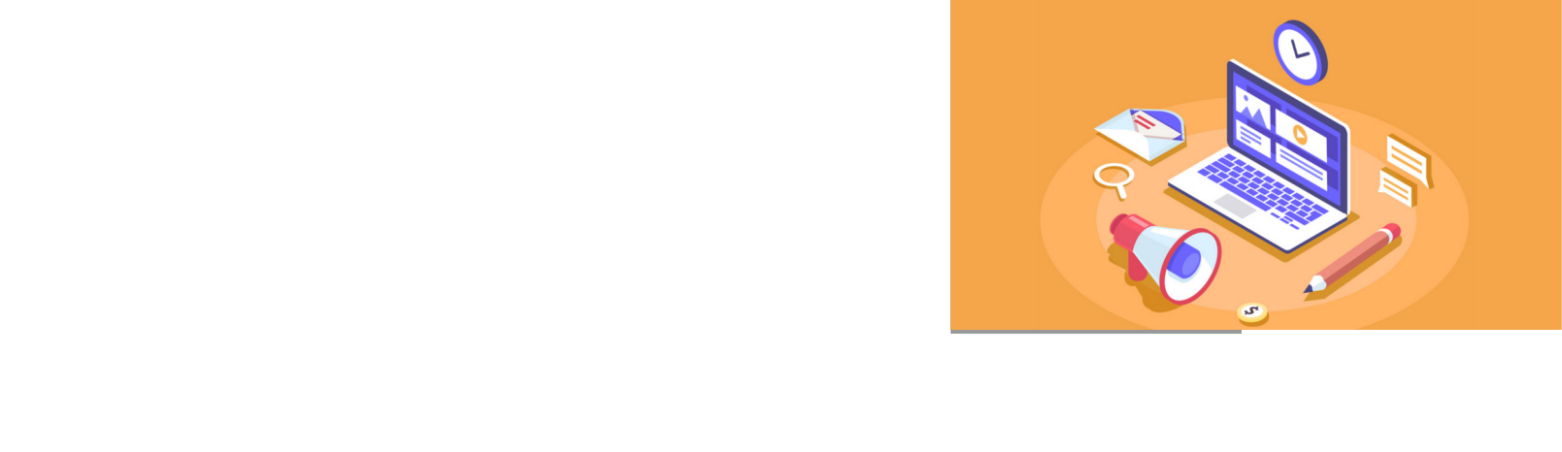
Repository: rafavirginio/tela-de-login
Page: index.html
These files come from the project's save history. The page is drawn as it stood at one moment and after the next save; the edit follows.
The browser window is 1280 px wide. The page is 1610 px wide, then 1280 px, so the pictures cover 1610 px, including what lies to the right of the window. The pictures show the whole page, at 97% of full size.

Above is the page before, as saved 2020-09-14 22:59:17.

### index.html
<!DOCTYPE html>
<html lang="en">

<head>
    <meta charset="UTF-8">
    <meta name="viewport" content="width=device-width, initial-scale=1.0">
    <title> Validador de Formulário </title>
    <link rel="stylesheet" href="style.css" />
</head>

<body>
    <div class="screen">
        <div class="leftside">

        </div>
        <div class="rightside">
            <img src="imgGR.png" alt ""/>

            <div>
            </div>

            <script src="script.js"></script>
</body>

</html>

### style.css
body {
    margin: 0;
}

.screen {
    display: flex;
}

.leftside {
    flex: 1;
}

.leftside img {
    width: 80%;
    height: auto;
}

.rightside {
    width: 300px;
    background-color: #999;
}

Loaded but not shown: script.js (no copy from this time; the picture is the same without it)

After the next save:
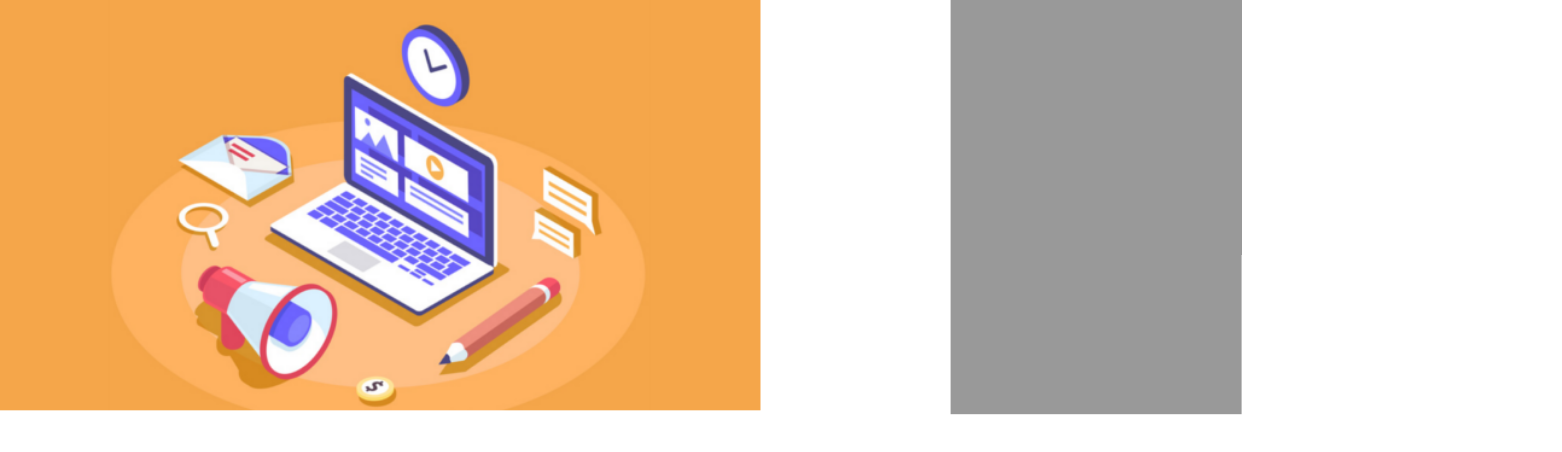
Saved 2 min 20 s later.
--- a/index.html
+++ b/index.html
@@ -11,10 +11,11 @@
 <body>
     <div class="screen">
         <div class="leftside">
+            <img src="imgGR.png" alt ""/>
 
         </div>
         <div class="rightside">
-            <img src="imgGR.png" alt ""/>
+
 
             <div>
             </div>
